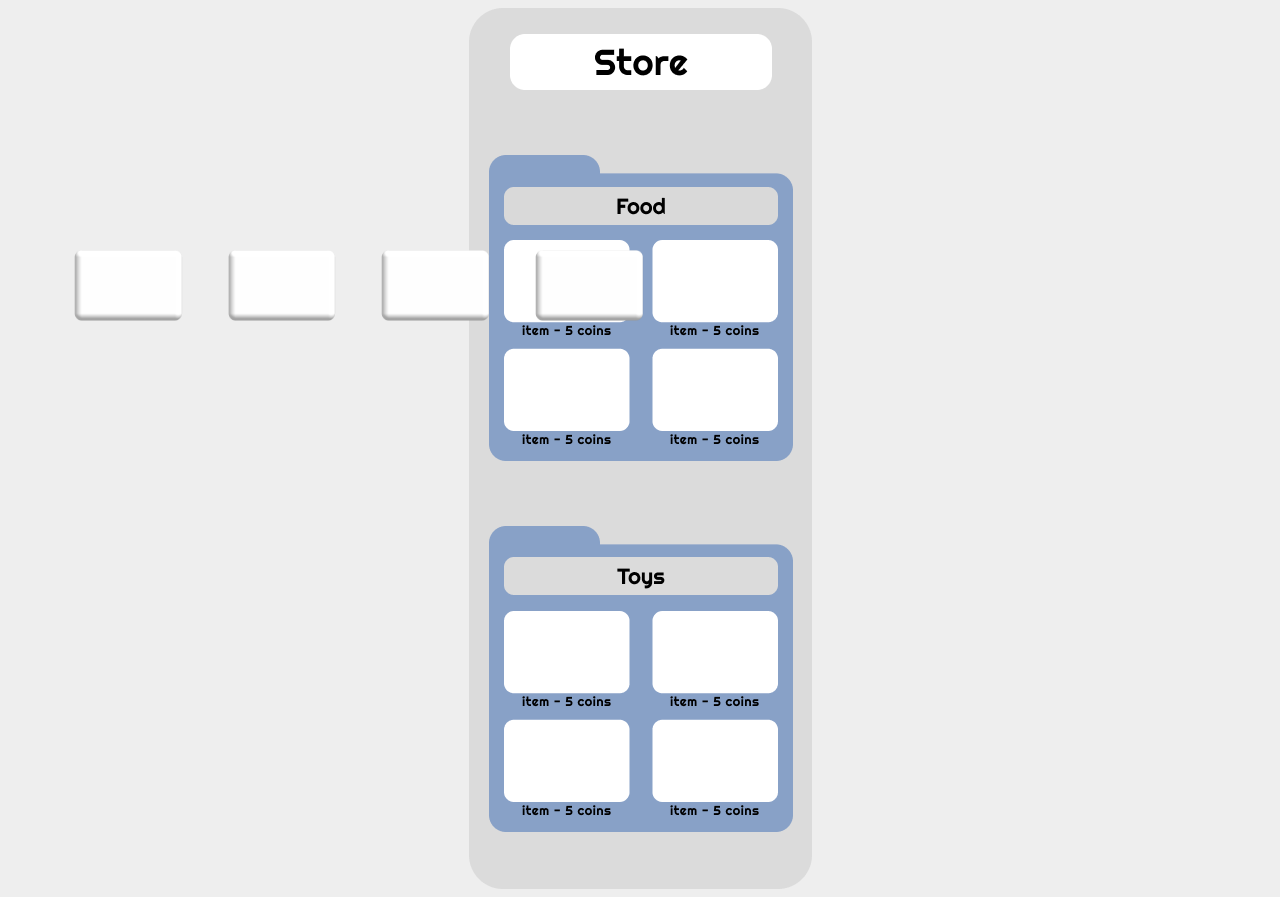
Repository: alemunden/Trash-Scavengers
Page: /ScrappyStore
The author's editor kept a copy of each file at every save. The page is drawn from the files as they stood at one save, then again after the next save.
The browser window is 1280 px wide. The pictures show the whole page.
The project was rebuilt for these pictures with package versions that can differ from the ones it lists, and the page was loaded fresh each time. The framework's server and built-in components were replaced by stand-ins that run in the browser. Also part of the build but not shown: next.config.mjs.

Above is the page before, as saved 2024-04-28 14:47:22.

### pages/ScrappyStore.js
import styles from '@/styles/ScrappyStore.module.css'
import Image from 'next/image'

export default function ScrappyStore() {
    return(
        <>
        <div className={styles.store}>
            <div className={styles.foodItems}>
                <Image src={'/storeitem.png'} width={153.6} height={73.1}/>
                <Image src={'/storeitem.png'} width={153.6} height={73.1}/>
                <Image src={'/storeitem.png'} width={153.6} height={73.1}/>
                <Image src={'/storeitem.png'} width={153.6} height={73.1}/>
            </div>
            <Image src={'/storebackground.png'} width={343} height={881}/>
        </div>
        </>
    )
}

### styles/globals.css
:root {
    --white: #eee;
    --black: #000;
    --light-green: #B4E88C;
    --light-blue: #9EBAE5;
    --light-gray: #c5c5c5;
    --light-yellow: #F3CD70;
    --light-pink: #F3D9D9;
    --medium-green: #429600;
    --gold: #ED9F26;

}

html, body {
    overflow-x: hidden;
    background-color: var(--white);
  }

main {
    padding: 1rem;
  }

li {
    list-style-type: none;
    cursor: pointer;
    margin: 1rem;
    width: 100%;
    padding: 0.5rem;
    color: #000105;
    background-color: var(--light-blue);
    border-radius: 1rem;
    border-bottom: 6px solid #7893bb;
    font-family: "Righteous", sans-serif;
    text-align: center;
    font-size: 1.5rem;
  }

.liHover:hover {
    background-color: #7893bb;
    columns: #fff;
}

.liSelected {
    color: #fff;
    background-color: #000925;
}

### styles/ScrappyStore.module.css
.store {
    display: flex;
    justify-content: center;
}

.foodItems {
    position: absolute;
    display: flex;
    flex-direction: row;
    flex-wrap: wrap;
    top: 15.6rem;
    left: 3.2rem;
    column-gap: 0rem;
    row-gap: 2rem;
}

Loaded but not shown: pages/_app.js (common file); pages/_document.js (common file)

After the next save:
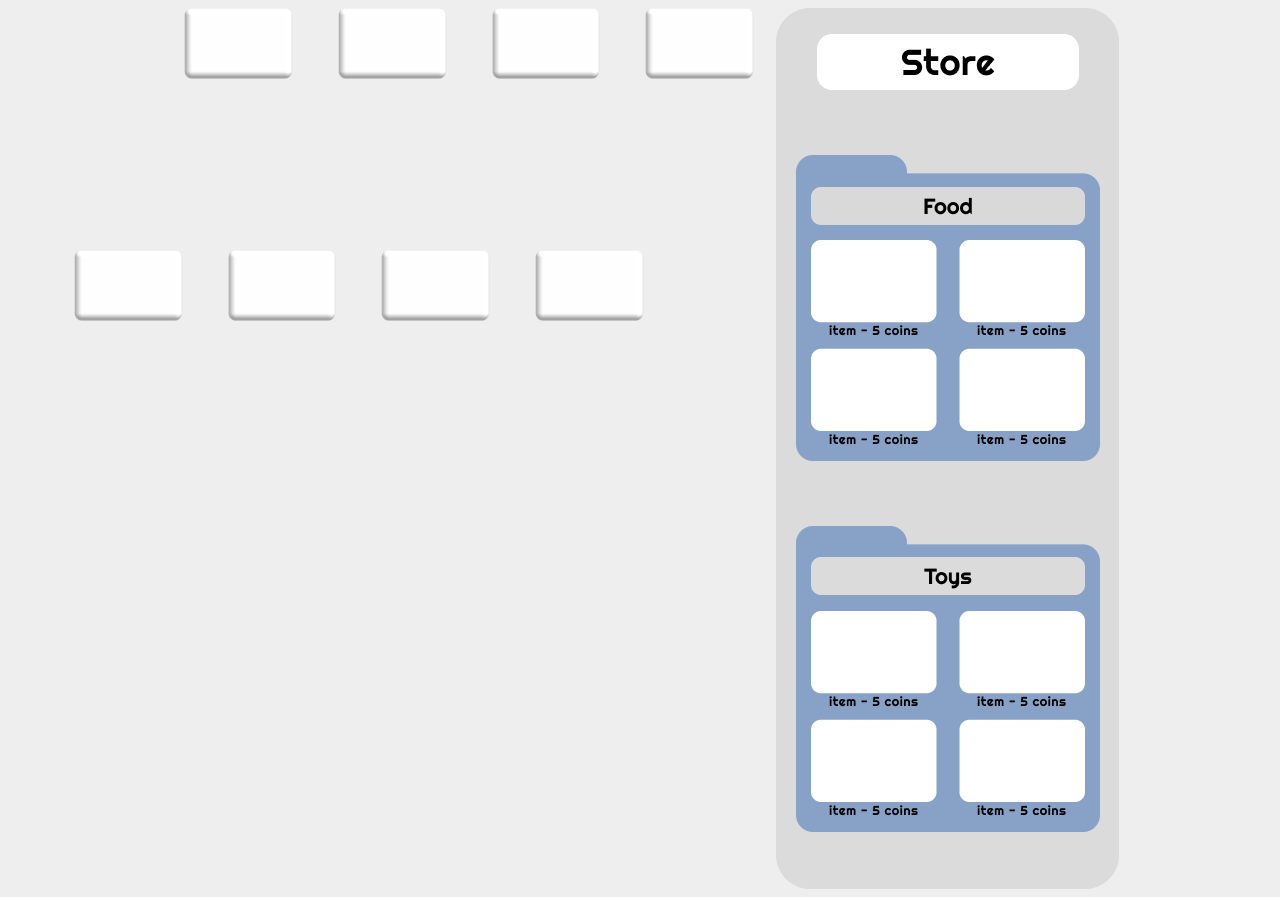
Saved 6 min 6 s later.
--- a/pages/ScrappyStore.js
+++ b/pages/ScrappyStore.js
@@ -11,6 +11,12 @@ export default function ScrappyStore() {
                 <Image src={'/storeitem.png'} width={153.6} height={73.1}/>
                 <Image src={'/storeitem.png'} width={153.6} height={73.1}/>
             </div>
+            <div className={styles.toyItems}>
+                <Image src={'/storeitem.png'} width={153.6} height={73.1}/>
+                <Image src={'/storeitem.png'} width={153.6} height={73.1}/>
+                <Image src={'/storeitem.png'} width={153.6} height={73.1}/>
+                <Image src={'/storeitem.png'} width={153.6} height={73.1}/>
+            </div>
             <Image src={'/storebackground.png'} width={343} height={881}/>
         </div>
         </>

After the save that followed:
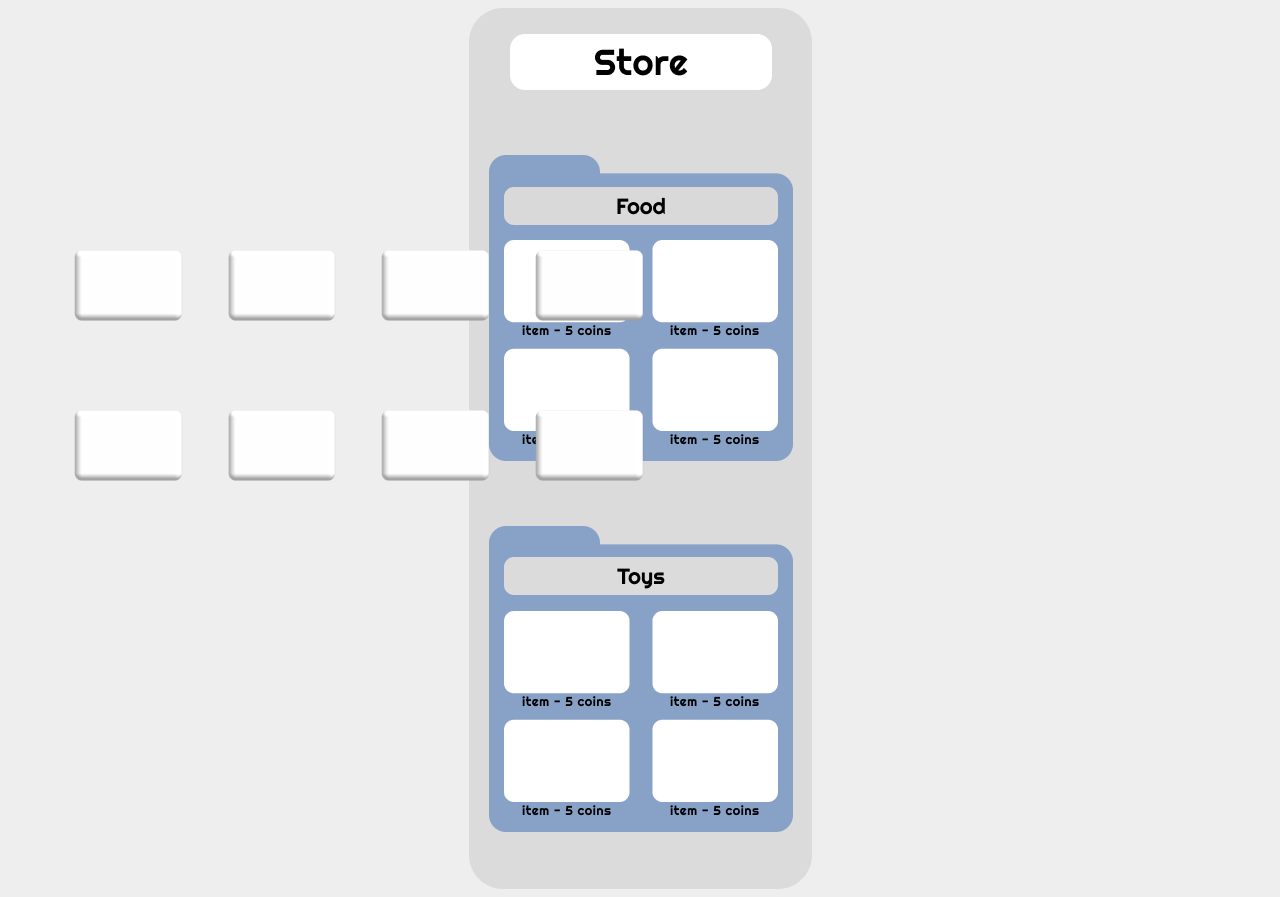
Saved 24 s later.
--- a/styles/ScrappyStore.module.css
+++ b/styles/ScrappyStore.module.css
@@ -13,3 +13,14 @@
     column-gap: 0rem;
     row-gap: 2rem;
 }
+
+.toyItems {
+    position: absolute;
+    display: flex;
+    flex-direction: row;
+    flex-wrap: wrap;
+    top: 25.6rem;
+    left: 3.2rem;
+    column-gap: 0rem;
+    row-gap: 2rem;
+}
